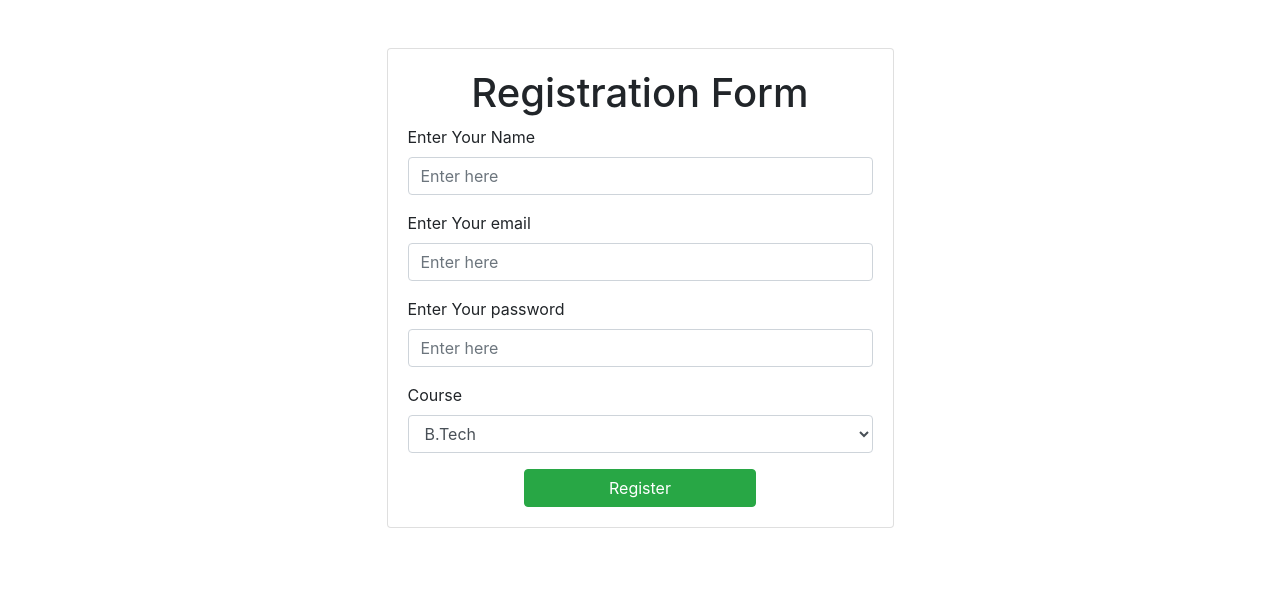
Repository: Hashim-Ansari-82/Servlet-And-JSP
Page: Submit-Form-App/src/main/webapp/index.html
These files come from the project's save history. The page is drawn as it stood at one moment and after the next save; the edit follows.
The browser window is 1280 px wide. The pictures show the whole page.
Some web libraries are served in a nearby version.

Above is the page before, as saved 2026-06-03 19:24:42.

### Submit-Form-App/src/main/webapp/index.html
<!DOCTYPE html>
<html>
<head>
<meta charset="UTF-8">
<title>Submit Form</title>
<link rel="stylesheet"
	href="https://cdn.jsdelivr.net/npm/bootstrap@4.0.0/dist/css/bootstrap.min.css"
	integrity="sha384-Gn5384xqQ1aoWXA+058RXPxPg6fy4IWvTNh0E263XmFcJlSAwiGgFAW/dAiS6JXm"
	crossorigin="anonymous">
</head>
<body>

	<div class="container p-5">
		<div class="row">
			<div class="col-md-6 offset-md-3">
				<div class="card">
					<div class="card-body">
					<h1 class="text-center">Registration Form</h1>
						<form action="register" method="post">
							<div class="form-group">
								<label>Enter Your Name</label> <input type="text"
									name="user_name" class="form-control" placeholder="Enter here">
							</div>
							<div class="form-group">
								<label>Enter Your email</label> <input type="text"
									name="email" class="form-control" placeholder="Enter here">
							</div>
							<div class="form-group">
								<label>Enter Your password</label> <input type="text"
									name="password" class="form-control" placeholder="Enter here">
							</div>
							<div class="form-group">
								<label>Course</label> <select class="form-control">
								<option>B.Tech</option>
								<option>M.Tech</option>
								<option>BCA</option>
								<option>MCA</option>
								<option>BSC IT</option>
								<option>MSC IT</option>
								</select>
							</div>
							<div class="text-center">
							<button class="btn btn-success col-md-6">Register</button>
							</div>
						</form>
					</div>
				</div>
			</div>
		</div>
	</div>

	<script src="https://code.jquery.com/jquery-3.2.1.slim.min.js"
		integrity="sha384-KJ3o2DKtIkvYIK3UENzmM7KCkRr/rE9/Qpg6aAZGJwFDMVNA/GpGFF93hXpG5KkN"
		crossorigin="anonymous"></script>
	<script
		src="https://cdn.jsdelivr.net/npm/popper.js@1.12.9/dist/umd/popper.min.js"
		integrity="sha384-ApNbgh9B+Y1QKtv3Rn7W3mgPxhU9K/ScQsAP7hUibX39j7fakFPskvXusvfa0b4Q"
		crossorigin="anonymous"></script>
	<script
		src="https://cdn.jsdelivr.net/npm/bootstrap@4.0.0/dist/js/bootstrap.min.js"
		integrity="sha384-JZR6Spejh4U02d8jOt6vLEHfe/JQGiRRSQQxSfFWpi1MquVdAyjUar5+76PVCmYl"
		crossorigin="anonymous"></script>
</body>
</html>

After the next save:
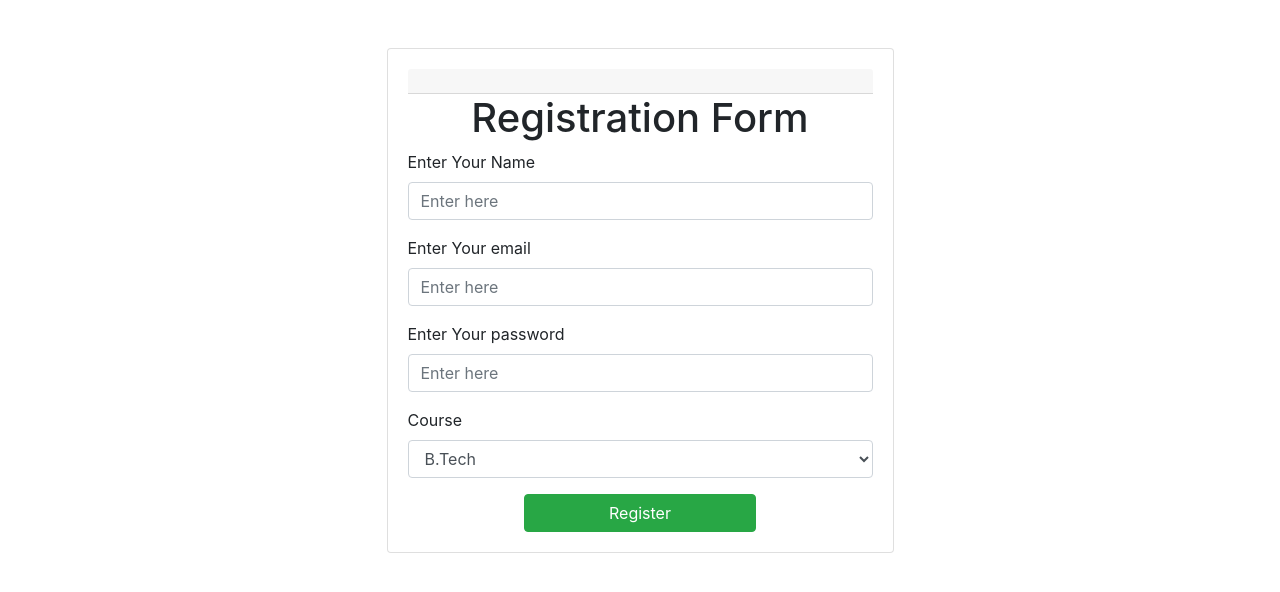
Saved 36 s later.
--- a/Submit-Form-App/src/main/webapp/index.html
+++ b/Submit-Form-App/src/main/webapp/index.html
@@ -15,6 +15,7 @@
 			<div class="col-md-6 offset-md-3">
 				<div class="card">
 					<div class="card-body">
+					<div class="card-header"></div>
 					<h1 class="text-center">Registration Form</h1>
 						<form action="register" method="post">
 							<div class="form-group">
